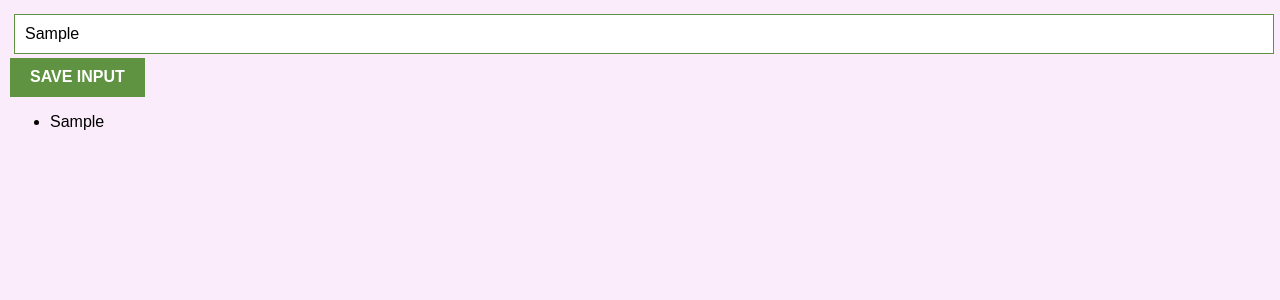
Repository: jt010051/chromeExtension
Page: index.html
The author's editor kept a copy of each file at every save. The page is drawn from the files as they stood at one save, then again after a run of saves.
The browser window is 1280 px wide. The pictures show the whole page.
Empty fields were first filled with sample values (such as "Sample", 5 or name@example.com).
After loading, the first visible `#input-btn` was clicked once.

Above is the page before, as saved 2022-02-27 19:41:53.

After the next 2 saves:
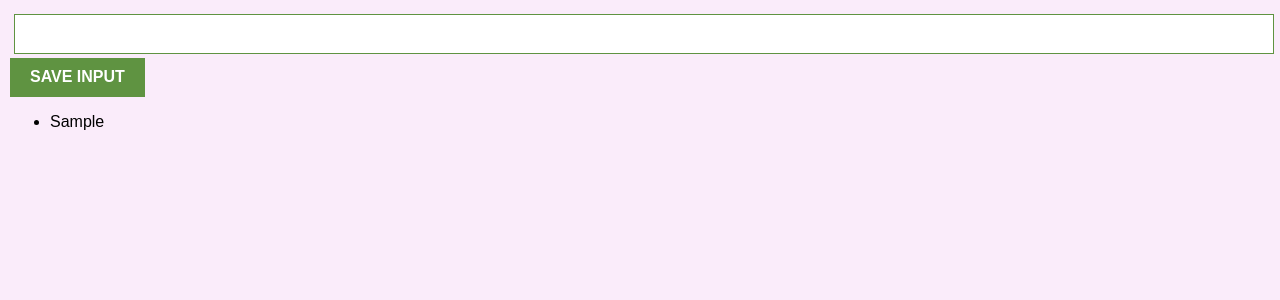
The 2 saves are shown as one change because they came seconds apart.
The last was saved 33 s later.
--- a/index.js
+++ b/index.js
@@ -7,7 +7,7 @@ const ulEl = document.getElementById("ul-el")
 
 inputBtn.addEventListener("click", function(){
 myLeads.push(inputEl.value)
-
+inputEl.value = ""
 renderLeads()
 })
 
